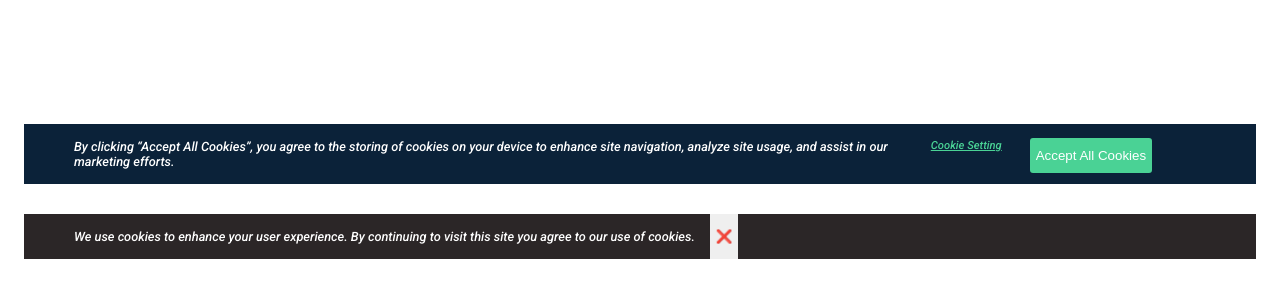
Repository: batonAnton/cursor_cookies_lectr3
Page: index.html
These files come from the project's save history. The page is drawn as it stood at one moment and after the next save; the edit follows.
The browser window is 1280 px wide. The pictures show the whole page.

Above is the page before, as saved 2022-06-01 11:51:48.

### index.html
<!DOCTYPE html>
<html lang="en">
<head>
    <meta charset="UTF-8">
    <meta http-equiv="X-UA-Compatible" content="IE=edge">
    <meta name="viewport" content="width=device-width, initial-scale=1.0">
    <link rel="preconnect" href="https://fonts.googleapis.com">
    <link rel="preconnect" href="https://fonts.gstatic.com" crossorigin>
    <link href="https://fonts.googleapis.com/css2?family=Roboto:ital,wght@1,500&display=swap" rel="stylesheet">
    <link rel="stylesheet" href="/css/style.css">
    <title>Cookie Banner</title>
</head>
<body>
    <div class="container">
        <div class="banner_1">
            <p>By clicking “Accept All Cookies”, you agree to the storing of cookies on your device to enhance site navigation, analyze site usage, and assist in our <br> marketing efforts.</p>
            <a href="#">cookie setting</a>
            <button>accept all cookies</button>
        </div>

        <div class="banner_2">
            <p>We use cookies to enhance your user experience. By continuing to visit this site you agree to our <span>use of cookies.</span></p>
            <button>❌</button>
        </div>

    </div>
</body>
</html>

### css/style.css
body {
  margin: 124px 24px;
  font-family: "Roboto", sans-serif;
}
p {
  font-size: 0.8rem;
}

.banner_1 {
  width: 100%;
  display: inline-flex;
  background-color: #0b2239;
}

.banner_1 p {
  color: #ffffff;
  margin: 15px 15px 15px 50px;
}

.banner_1 a {
  color: #4ad295;
  margin: 15px 28px;
  font-size: 0.7rem;
  text-transform: capitalize;
}

.banner_1 button {
  color: #ffffff;
  background-color: #4ad295;
  margin: 14px 50px 0px 0px;
  height: 35px;
  text-transform: capitalize;
  border-radius: 3px;
  border: none;
}

.banner_2 {
  width: 100%;
  margin-top: 30px;
  background-color: #2b2627;
  display: inline-flex;
}

.banner_2 p {
  color: #ffffff;
  margin: 15px 15px 15px 50px;
}

.banner_2 button {
  border: none;
  color: #ffffff;
}

After the next save:
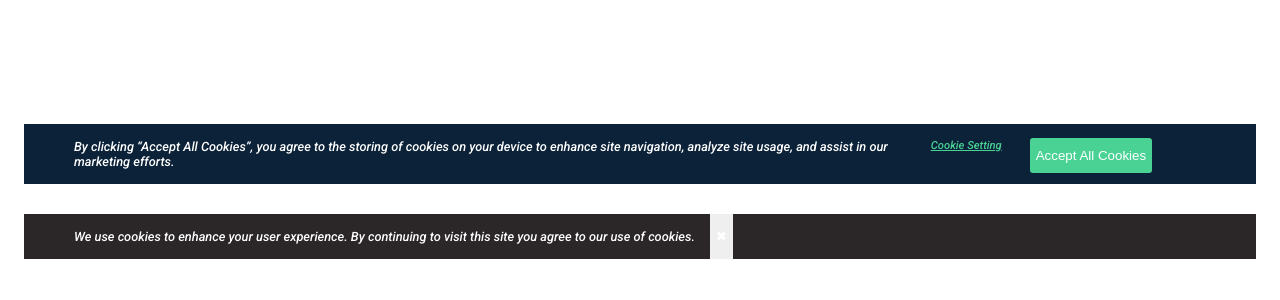
Saved 5 min 34 s later.
--- a/index.html
+++ b/index.html
@@ -20,7 +20,7 @@
 
         <div class="banner_2">
             <p>We use cookies to enhance your user experience. By continuing to visit this site you agree to our <span>use of cookies.</span></p>
-            <button>❌</button>
+            <button><span>&#10006</span></button>
         </div>
 
     </div>
